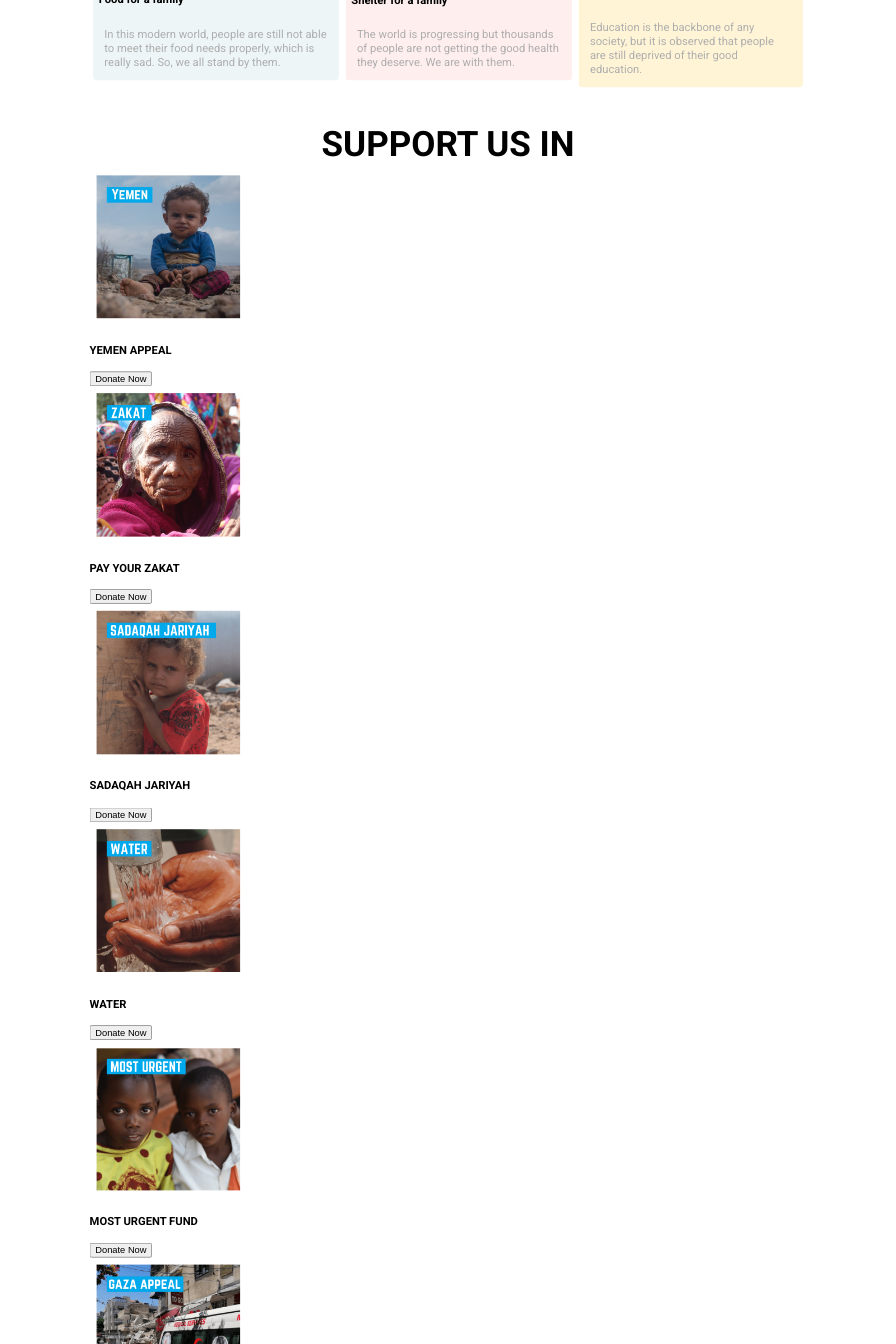
Repository: zjria/suppert-the-helpness
Page: index.html
These files come from the project's save history. The page is drawn as it stood at one moment and after the next save; the edit follows.
The browser window is 1280 px wide. The pictures show the part of the page from y = 1332 to 3252 px (the page is 4187 px tall before and 3065 px after), at 70% of full size.

Above is the page before, as saved 2022-08-27 09:20:02.

### index.html
<!DOCTYPE html>
<html lang="en">

<head>
    <meta charset="UTF-8">
    <meta http-equiv="X-UA-Compatible" content="IE=edge">
    <meta name="viewport" content="width=device-width, initial-scale=1.0">
    <title>Support the helpless</title>
    <!-- Google Fonts -->
    <link rel="preconnect" href="https://fonts.googleapis.com">
    <link rel="preconnect" href="https://fonts.gstatic.com" crossorigin>
    <link href="https://fonts.googleapis.com/css2?family=Roboto:wght@100;300;400;500;700;900&display=swap"
        rel="stylesheet">
    <!-- Custom CSS -->
    <link rel="stylesheet" href="style.css">
</head>

<body>
    <h1>Allahu Akber</h1>
    <!-- Header Section -->
    <section class="header_section">
        <div class="header-text">
            <h1>Let's all help those who need it</h1>
            <p>Keeping the voice of "people for people" in front of us, we all move forward shoulder to shoulder.</p>
            <button class="button-style">Donate Now</button>
        </div>
    </section>
    <!-- Donate today Section -->
    <section class="donate-today">
        <h1>Donate Today</h1>
        <p>You can donate various amounts of money, which will be <br> distributed among the needy.</p>
        <div class="amounts">
            <div class="dollar">$1000</div>
            <div class="dollar" id="second">$2000</div>
            <div class="dollar">$3000</div>
            <div class="dollar">$4000</div>
            <div class="dollar">$5000</div>
        </div>
        <div class="input-field">
            <input type="text" placeholder="Other Amounts Dollar">
            <div class="line-style">
            </div>
            <button class="button-style">Donate Now</button>
        </div>
    </section>
    <!-- Our Donate Plane Section -->
    <section class="donate-lane">
        <h1>Our Donate Plane</h1>
        <p>In addition to the below contributions, we are helping in many other ways. We want your opinion outside of
            our plan.</p>

        <div class="our-plan">
            <div class="plane" id="plane-one">
                <img src="images/food.png" alt="">
                <h4>Food for a family</h4>
                <p>In this modern world, people are still not able to meet their food needs properly, which is really
                    sad. So, we all stand by them.
                </p>
            </div>
            <div class="plane" id="plane-tow">
                <img src="images/shelter.png" alt="">
                <h4>Shelter for a family</h4>
                <p>The world is progressing but thousands of people are not getting the good health they deserve. We are
                    with them.
                </p>
            </div>
            <div class="plane" id="plane-three">
                <img src="images/Frame-1.png" alt="">
                <h4>Education for a chiel</h4>
                <p>Education is the backbone of any society, but it is observed that people are still deprived of their
                    good education.
                </p>
            </div>
        </div>

    </section>

    <!-- SUPPORT US IN -->
    <section class="support-section">
        <h1>SUPPORT US IN</h1>
        <div class="support">


            <div class="all-gallery">
                <div class="gallery">
                    <img src="images/1.jpg" alt="">
                    <h4>YEMEN APPEAL</h4>
                    <button>Donate Now</button>
                </div>
                <div class="gallery">
                    <img src="images/2.png" alt="">
                    <h4>PAY YOUR ZAKAT</h4>
                    <button>Donate Now</button>
                </div>
                <div class="gallery">
                    <img src="images/3.png" alt="">
                    <h4>SADAQAH JARIYAH</h4>
                    <button>Donate Now</button>
                </div>
            </div>

            <div class="all-gallery">
                <div class="gallery">
                    <img src="images/4.png" alt="">
                    <h4>WATER</h4>
                    <button>Donate Now</button>
                </div>
                <div class="gallery">
                    <img src="images/5.png" alt="">
                    <h4>MOST URGENT FUND</h4>
                    <button>Donate Now</button>
                </div>
                <div class="gallery">
                    <img src="images/6.png" alt="">
                    <h4>GAZA APPEAL</h4>
                    <button>Donate Now</button>
                </div>
            </div>



        </div>
    </section>

    <!-- Get my updates -->
    <section class="updates">
        <h1>Get My Updates</h1>
        <p>If you want to know the latest news from us, you can provide your e-mail address below. You will get daily
            news.</p>
        <div class="color">
            <form class="box">
                <input class="input-email" type="email" id="email" pattern=".+@globex\.com" size="30" required
                    placeholder="E-mail">
                <input class="input-submit" type="submit" name="" value="Subscribe">
            </form>
        </div>
    </section>
    <!-- Footer Section -->
    <section class="footer">
        <div class="footer-style">
            <h1>Be Humble</h1>
            <p>I am Gonna do it</p>
        </div>
    </section>
</body>

</html>

### style.css
body {
    font-family: 'Roboto', sans-serif;
    margin: 0%;
    padding: 0%;
}

/* Header Section */
.header_section {
    background-image: linear-gradient(rgb(0, 0, 0, 0.55), rgb(0, 0, 0, 0.45)), url(images/header.jpg);
    background-position: center;
    background-size: cover;
    width: 100%;
    height: 80vh;
    color: white;
}

.header-text {
    margin: auto;
    justify-content: center;
    align-items: center;
    padding-top: 10%;
}

h1 {
    font-size: 50px;
    padding: 5px;
    margin-bottom: 1px;
    text-align: center;

}

p {
    font-size: 16px;
    padding: 2px;
    margin: 0px 0px 20px 0px;
    font: bolder;
    text-align: center;
    color: #aeaeae;
}

.button-style {
    font-size: 20px;
    padding: 12px 15px;
    background-color: #ff5959;
    color: white;
    border-radius: 5px;
    border: none;
    font-weight: 700;
    text-align: center;
    align-items: center;
    justify-content: center;
    margin: 0 auto;
    display: flex;
}


/* donate-today */
.amounts {
    display: flex;
    margin: auto;
    align-items: center;
    text-align: center;
    justify-content: center;
}

.dollar {
    padding: 20px;
    background: rgb(247, 244, 244);
    margin: 20px 10px 30px 10px;
    border-radius: 2px;
    font-weight: bold;
}

.dollar#second {
    border: 1px solid #ff5959;
    background: #ffeeee;
    transition: none;
    transform: none;
    color: #ff5959;
    font-weight: bold;
}

.input-field input {
    text-align: center;
    align-items: center;
    margin: 0 auto;
    display: flex;
    border: 0;
    padding: 10px 15px;
    width: 50%;
    font-size: 15px;
}

.input-field .line-style {
    width: 50%;
    text-align: center;
    align-items: center;
    margin: 0 auto;
    content: '';
    background-color: #dadada;
    color: #dadada;
    height: 1px;
    margin-bottom: 20px;
}

.our-plan {
    display: flex;
    width: 80%;
    text-align: center;
    justify-content: center;
    margin: 0 auto;
    align-items: center;

}

.plane,
.plane p {
    margin: 5px;
    text-align: start;
    padding: 8px;
    border-radius: 5px;
}

.plane p {
    margin: 0px;
    line-height: 20px;
}

.plane#plane-one {
    background-color: #edf5f6;
}

.plane#plane-tow {
    background-color: #ffeeee;
}

.plane#plane-three {
    background-color: #fff4d6;
}

.updates {
    margin: 20px 0px;
}

/* support Section */
.support {
    /* display: flex; */
    /* justify-content: center; */
    /* align-items: center; */
    /* text-align: center; */
    margin: 0 auto;
    width: 80%;
}

.gallery img {
    width: 20%;
    margin: 5px;
    padding: 5px;
}

/* Get my updates */
.color {
    background-color: #fff4d6;
    width: 70%;
    padding: 50px;
    text-align: center;
    justify-content: center;
    align-items: center;
    margin: 0 auto;
    box-sizing: content-box;
}

.box {
    display: flex;
    text-align: center;
    justify-content: center;
    align-items: center;
    margin: 0 auto;
    padding: 50px;
}

.input-email {
    background: #fff;
    width: 340px;
    height: 30px;
    border: none;
    outline: none;
    padding: 5px;
    border-radius: 10px 0px 0px 10px;
    background-color: #d9d9d9;
}

.input-submit {
    position: relative;
    width: 150px;
    height: 40px;
    border: none;
    outline: none;
    padding: 5px;
    border-radius: 0px 10px 10px 0px;
    cursor: pointer;
    background-color: #ff5959;
    left: -3px;
    font-size: 18px;
    color: white;
}

/* Footer Section */
.footer-style {
    background-color: #0b0d17;
    margin: 100px 0px 0px 0px;
    padding: 50px 0px;
    color: white;
}

.footer-style h1 {
    color: #ff5959;

}

After the next save:
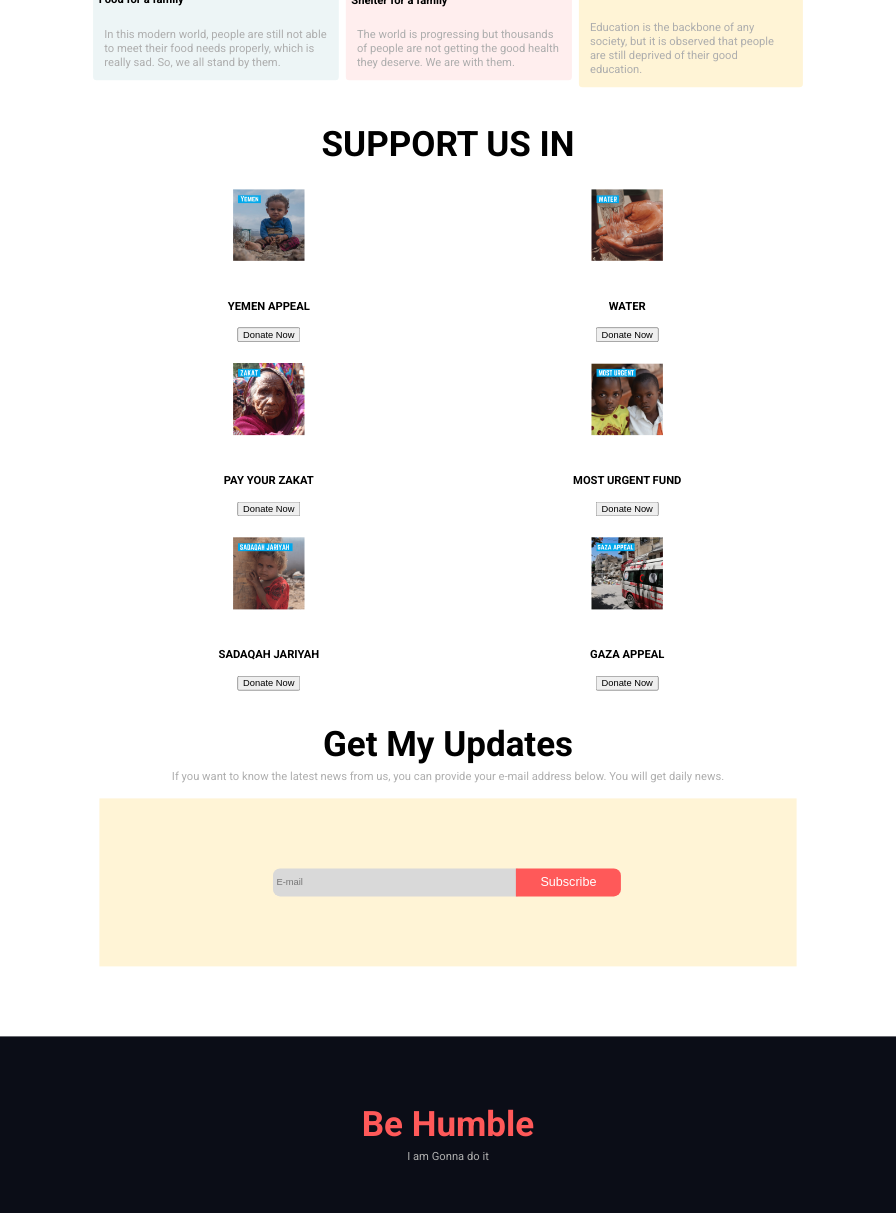
Saved 10 min 57 s later.
--- a/style.css
+++ b/style.css
@@ -144,18 +144,18 @@ p {
 
 /* support Section */
 .support {
-    /* display: flex; */
-    /* justify-content: center; */
-    /* align-items: center; */
-    /* text-align: center; */
+    display: flex;
+    justify-content: center;
+    align-items: center;
+    text-align: center;
     margin: 0 auto;
     width: 80%;
 }
 
 .gallery img {
     width: 20%;
-    margin: 5px;
-    padding: 5px;
+    margin: 10px;
+    padding: 20px;
 }
 
 /* Get my updates */
